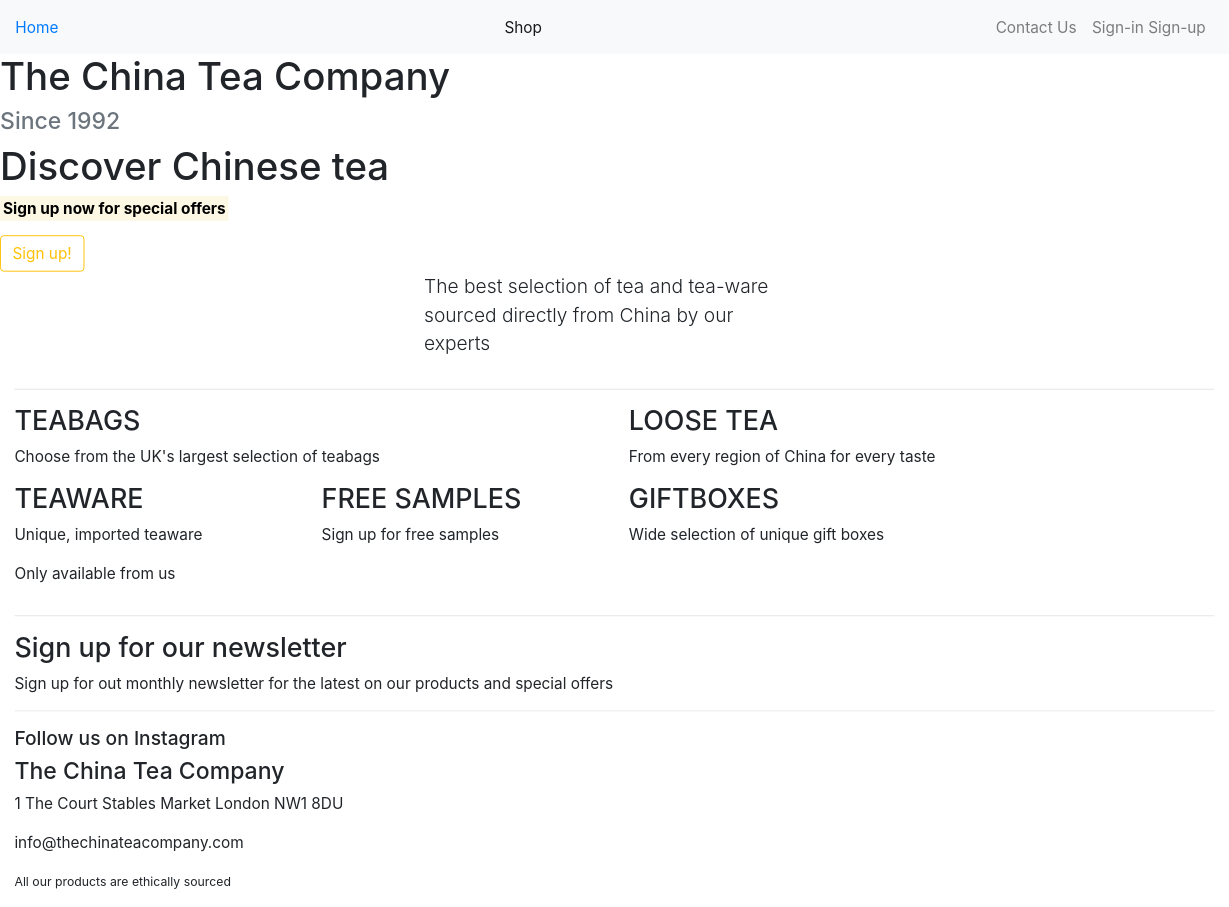
Repository: Code-Institute-Submissions/china-tea
Page: index.html
The author's editor kept a record of every edit. The page is drawn from the files as they stood at one moment, then again after the next edit.
The browser window is 1280 px wide. The pictures show the whole page, at 96% of full size.

Above is the page before.
Console error: TypeError: Cannot read properties of undefined (reading 'fn')

After the next edit:
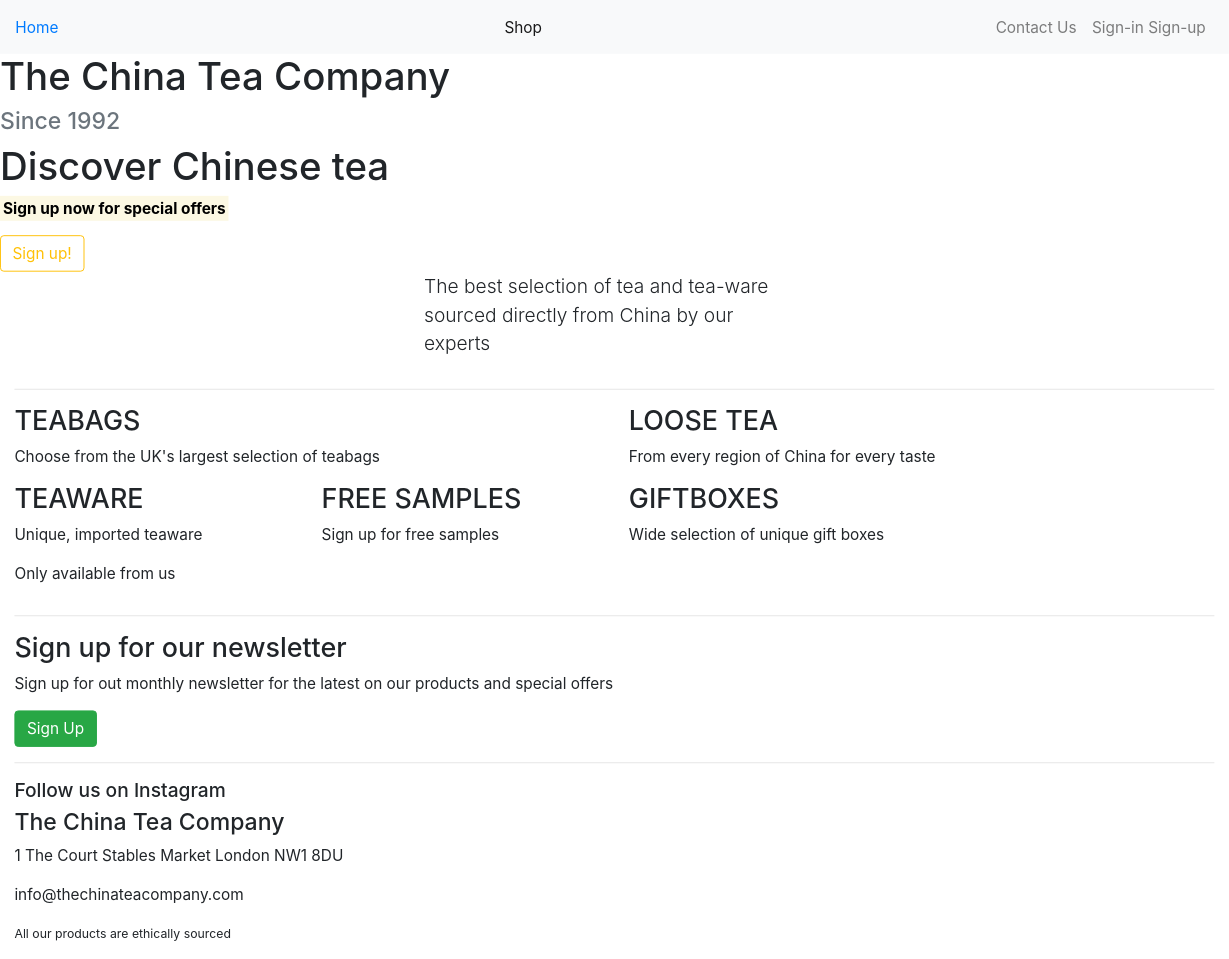
The edit:
--- a/index.html
+++ b/index.html
@@ -131,6 +131,8 @@
             <h3>Sign up for our newsletter</h3>
             <p>Sign up for out monthly newsletter for the latest on our products and special offers</p>
 
+            <button type="button" class="btn btn-success">Sign Up</button>
+
 
 
         </section>
